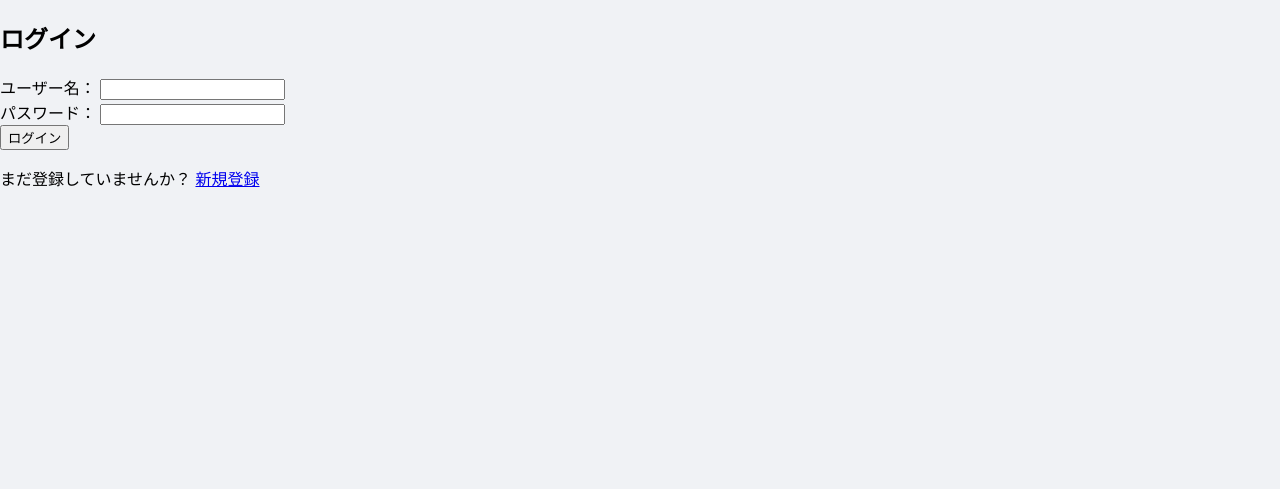
Repository: Kawamurahatesbaseball/X
Page: http://localhost/X/login.jsp
The author's editor kept a copy of each file at every save. The page is drawn from the files as they stood at one save, then again after the next save.
The browser window is 1280 px wide. The pictures show the whole page.
The page is served by Tomcat 10.

Above is the page before, as saved 2025-05-22 08:13:44.

After the next save:
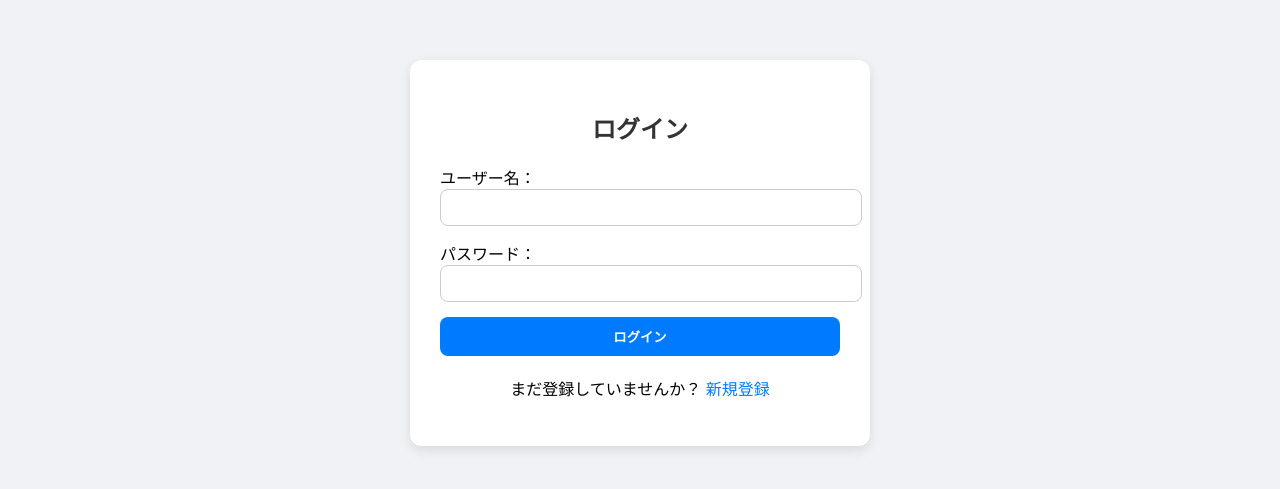
Saved 13 s later.
--- a/X/src/main/webapp/login.jsp
+++ b/X/src/main/webapp/login.jsp
@@ -6,6 +6,62 @@
 <meta charset="UTF-8">
 <title>ログイン</title>
 <link rel="stylesheet" href="style.css">
+<style>
+.login-container {
+	max-width: 400px;
+	margin: 60px auto;
+	padding: 30px;
+	background-color: #fff;
+	border-radius: 12px;
+	box-shadow: 0 4px 12px rgba(0, 0, 0, 0.1);
+}
+
+.login-title {
+	text-align: center;
+	margin-bottom: 20px;
+	color: #333;
+}
+
+.login-form .form-group {
+	margin-bottom: 15px;
+}
+
+.form-input {
+	width: 100%;
+	padding: 10px;
+	border-radius: 8px;
+	border: 1px solid #ccc;
+}
+
+.form-button {
+	width: 100%;
+	padding: 10px;
+	background-color: #007bff;
+	color: #fff;
+	border: none;
+	border-radius: 8px;
+	cursor: pointer;
+	font-weight: bold;
+}
+
+.form-button:hover {
+	background-color: #0056b3;
+}
+
+.signup-link {
+	text-align: center;
+	margin-top: 20px;
+}
+
+.signup-link a {
+	color: #007bff;
+	text-decoration: none;
+}
+
+.signup-link a:hover {
+	text-decoration: underline;
+}
+</style>
 </head>
 <body>
 	<div class="login-container">
